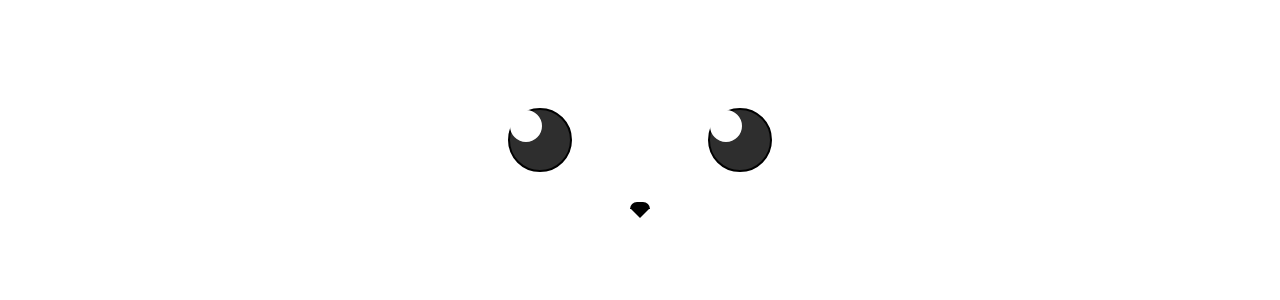
Repository: chenguocan/Pokemon
Page: src/index.html
The author's editor kept a copy of each file at every save. The page is drawn from the files as they stood at one save, then again after the next save.
The browser window is 1280 px wide. The pictures show the whole page.

Above is the page before, as saved 2020-08-16 11:06:54.

After the next save:
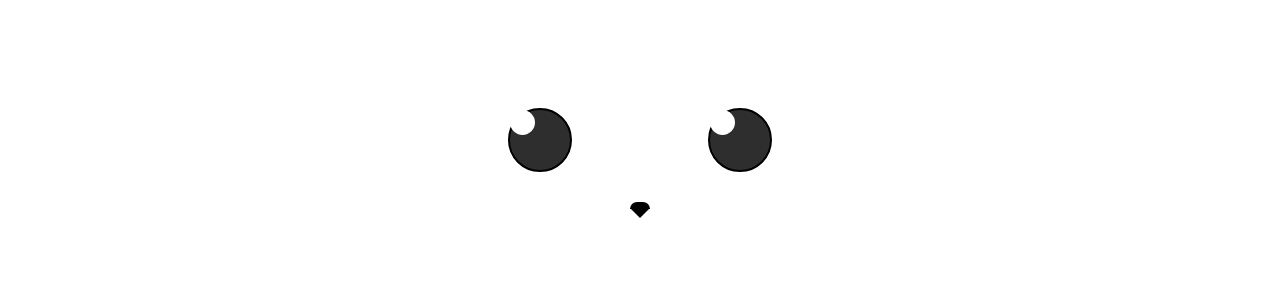
Saved 6 min 37 s later.
--- a/src/style.css
+++ b/src/style.css
@@ -44,10 +44,12 @@
     content:"";
     display: block;
     border:2px solid white;
-    width: 32px;
-    height: 32px;
+    width: 25px;
+    height: 25px;
     border-radius: 50%;
     background:#fff;
+    position: relative;
+
 }
 .left{
     transform: translateX(-100px);
